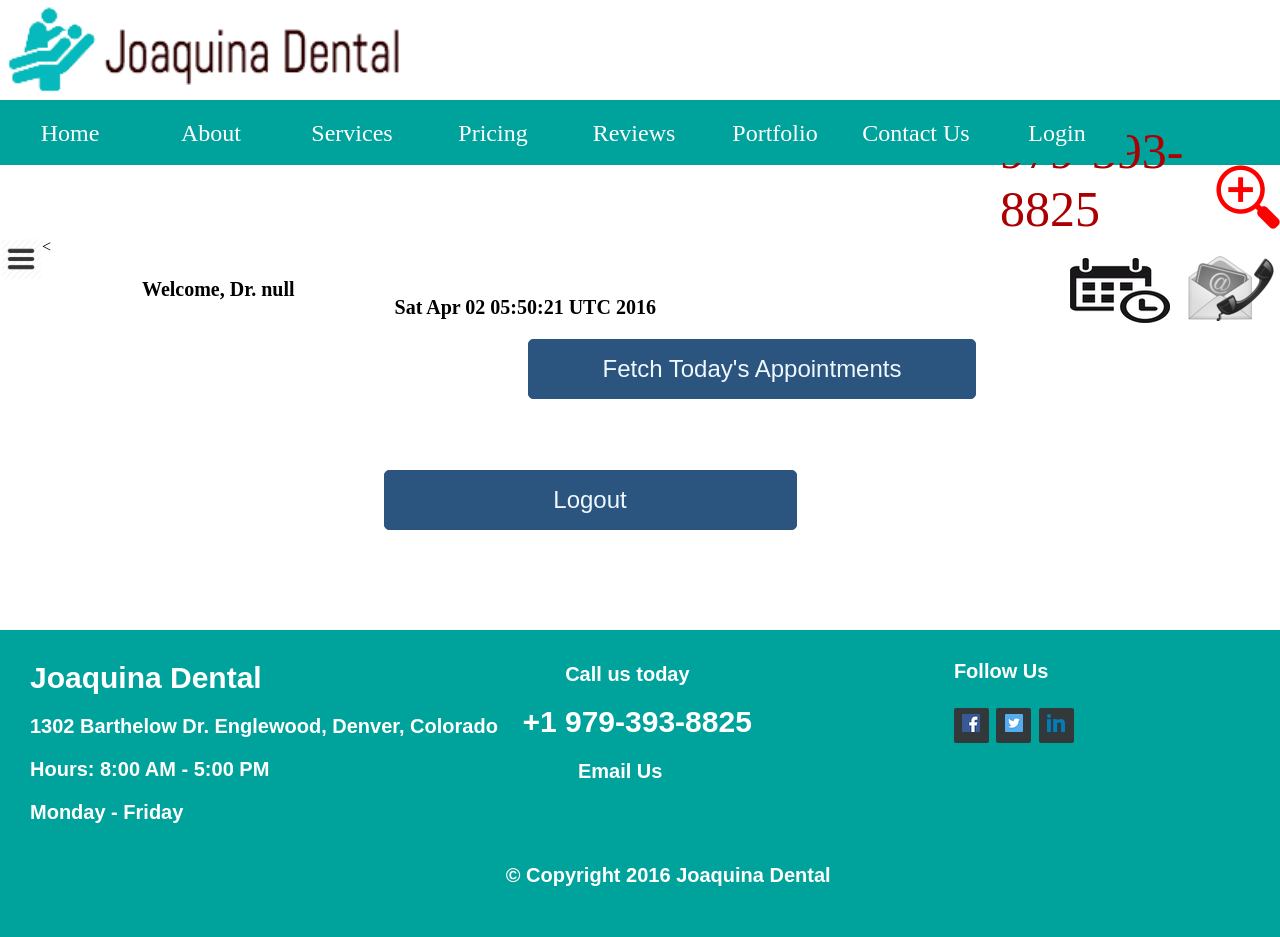
Repository: ManjushaBolishetty/test
Page: http://localhost/test/DentistHomePage.jsp
An editor plug-in stored every save of this project. The page is shown before and after the next save, followed by the edit.
The browser window is 1280 px wide. The pictures show the whole page.
The page is served by Tomcat 9.

Above is the page before, as saved 2016-04-03 07:46:01.

After the next save:
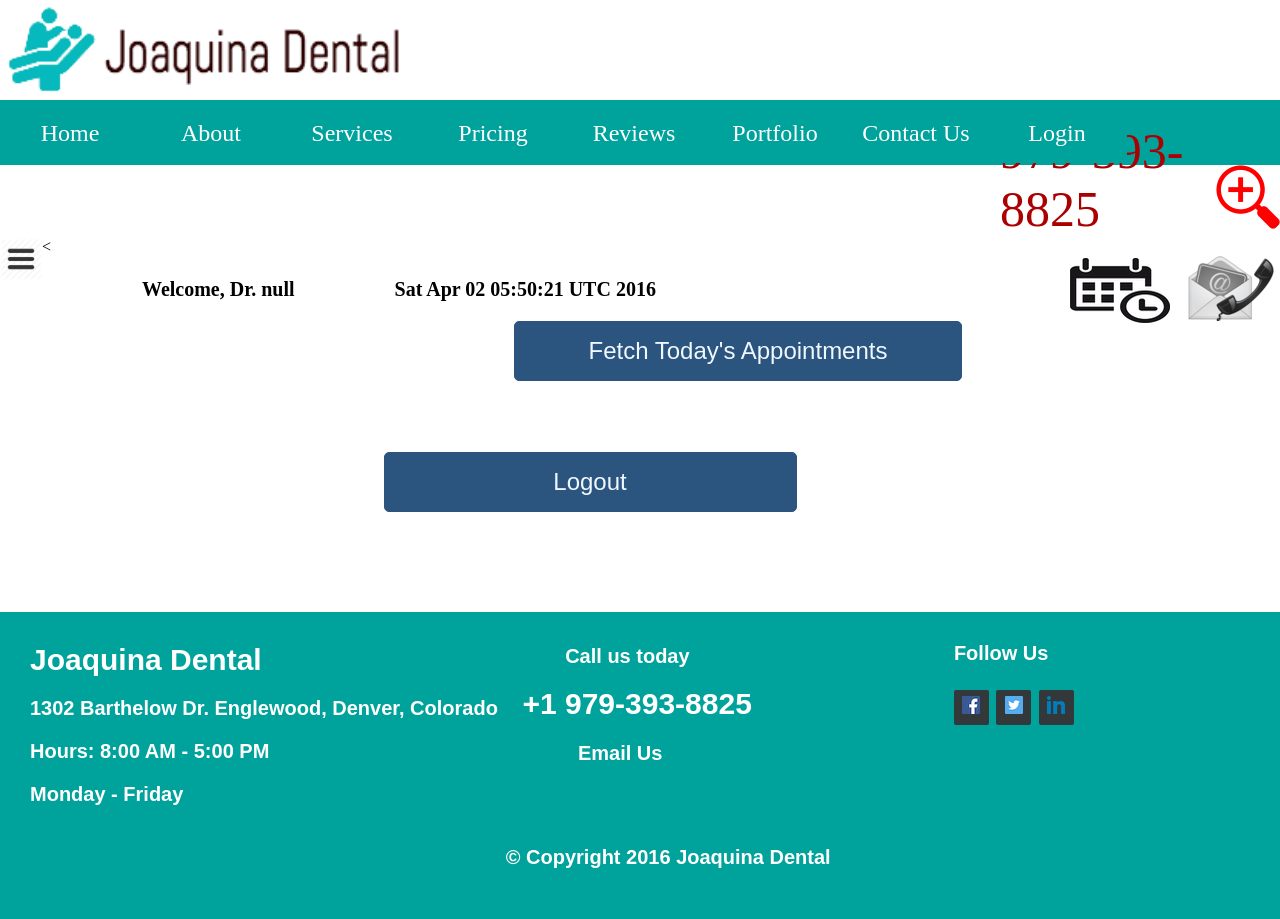
Saved 4 s later.
--- a/test/WebContent/DentistHomePage.jsp
+++ b/test/WebContent/DentistHomePage.jsp
@@ -15,7 +15,7 @@
 <%
    Date date = new Date();
    out.print("<h4 align=\"left\">" +"Welcome, Dr. " + session.getAttribute("Dentist_Name") + "</h4>\n");
-   out.print("</br><h4 align=\"left\">" + date.toString() + "</h4>");
+   out.print("<h4 align=\"left\">" + date.toString() + "</h4>");
 %>
 </div>
 
